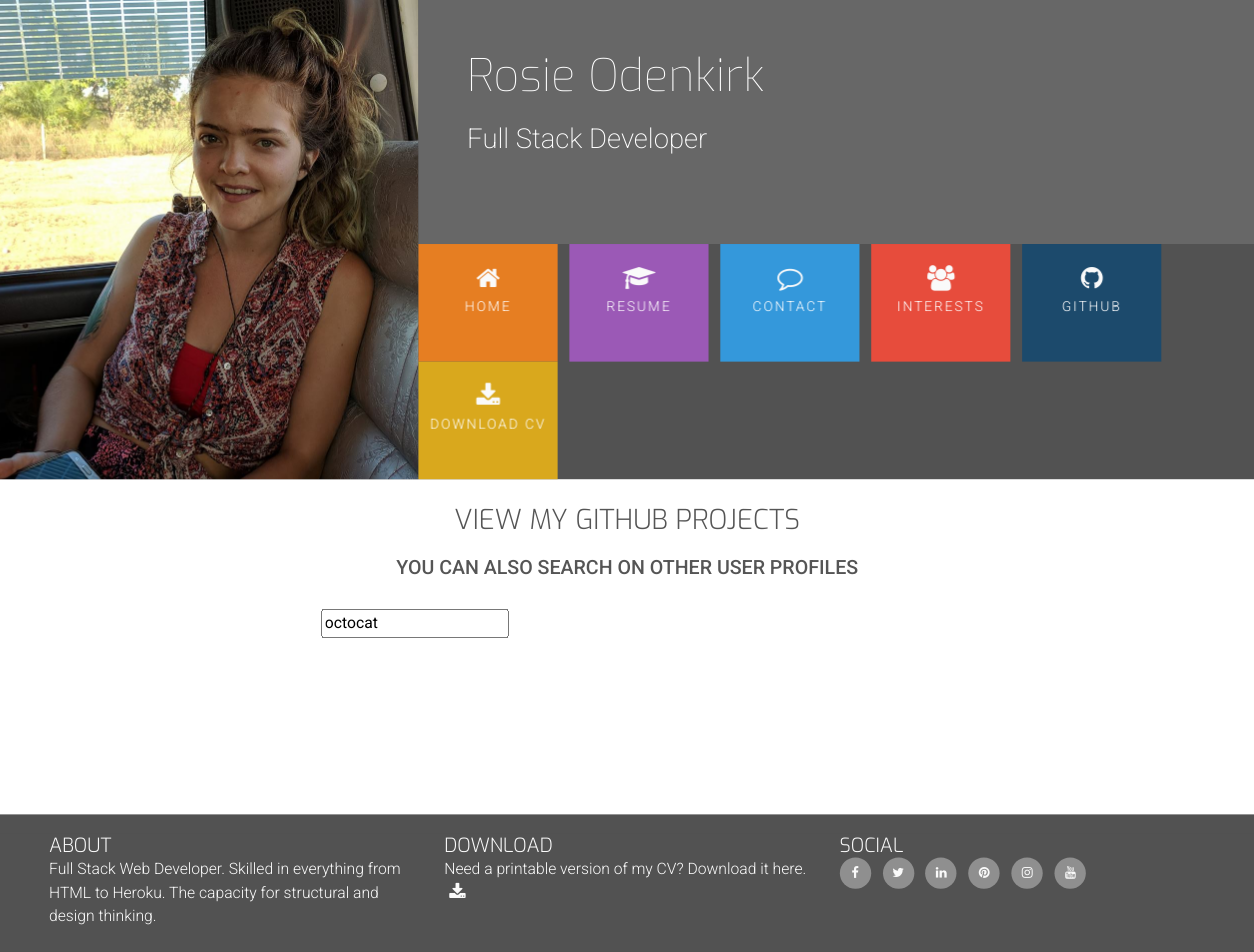
Repository: Heywood93/resume
Page: github.html
The author's editor kept a record of every edit. The page is drawn from the files as they stood at one moment, then again after the next edit.
The browser window is 1280 px wide. The pictures show the whole page, at 98% of full size.
Some web libraries are served in a nearby version.

Above is the page before.
Not found: assets/js/github-information.js

After the next edit:
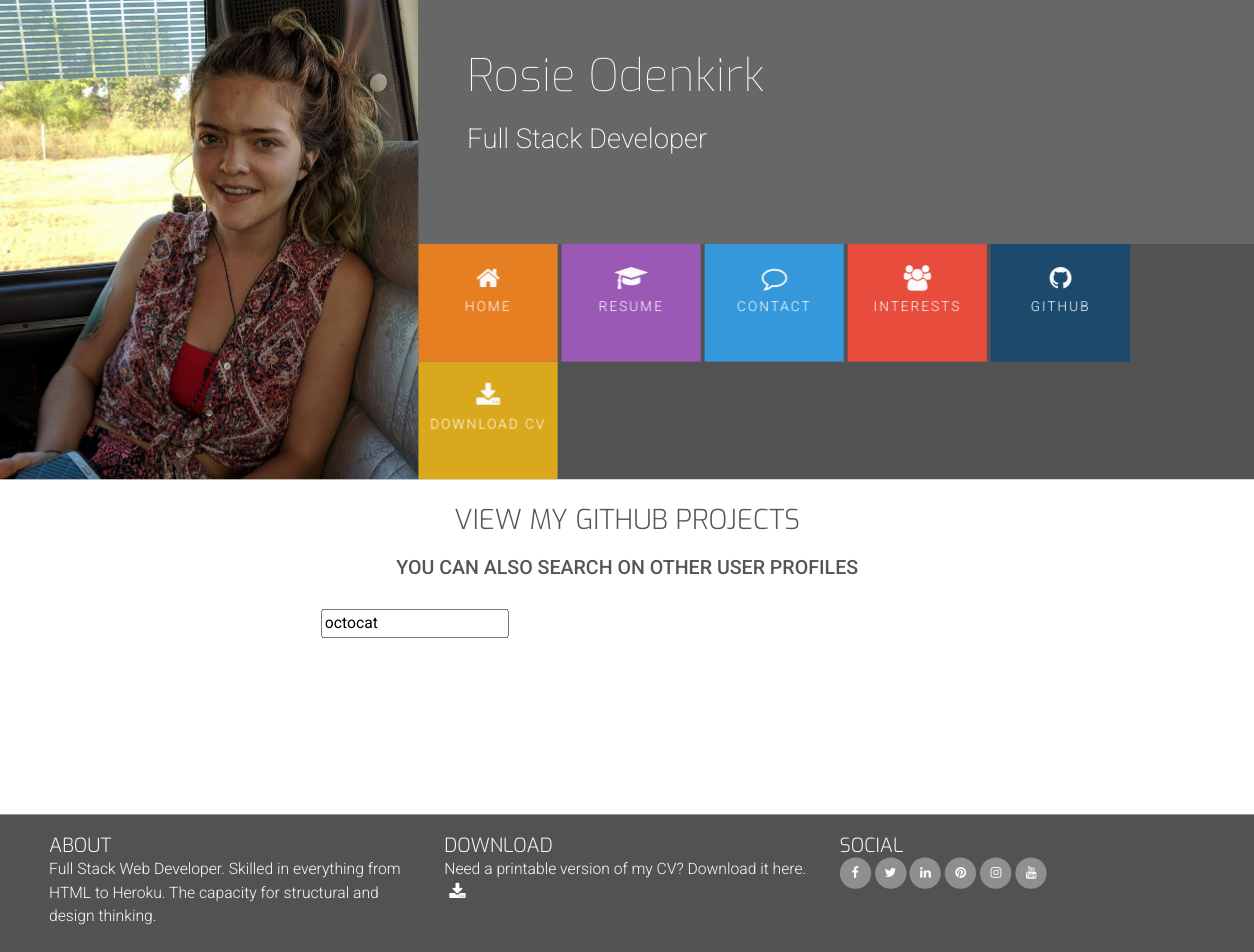
The edit:
--- a/assets/css/style.css
+++ b/assets/css/style.css
@@ -91,6 +91,10 @@
 
 .inline-block {
     display: inline-block;
+}
+
+.list-inline-item:not(:last-child) {
+    margin : 0;
 }
 
 
